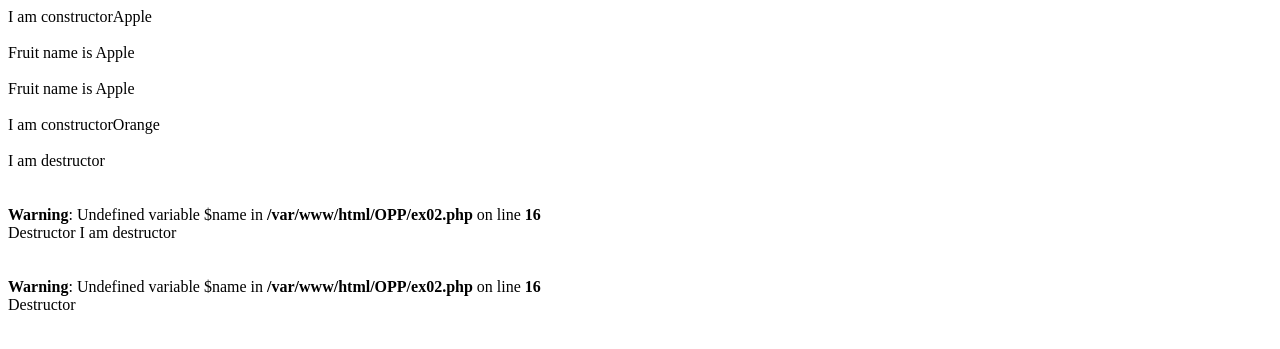
Repository: zinminkhantoo/assignment01
Page: http://localhost/OPP/ex02.php
The author's editor kept a copy of each file at every save. The page is drawn from the files as they stood at one save, then again after the next save.
The browser window is 1280 px wide. The pictures show the whole page.
The page is run by PHP 8.4 with error messages shown; the project is at /var/www/html/.

Above is the page before, as saved 2020-04-09 04:19:20.

After the next save:
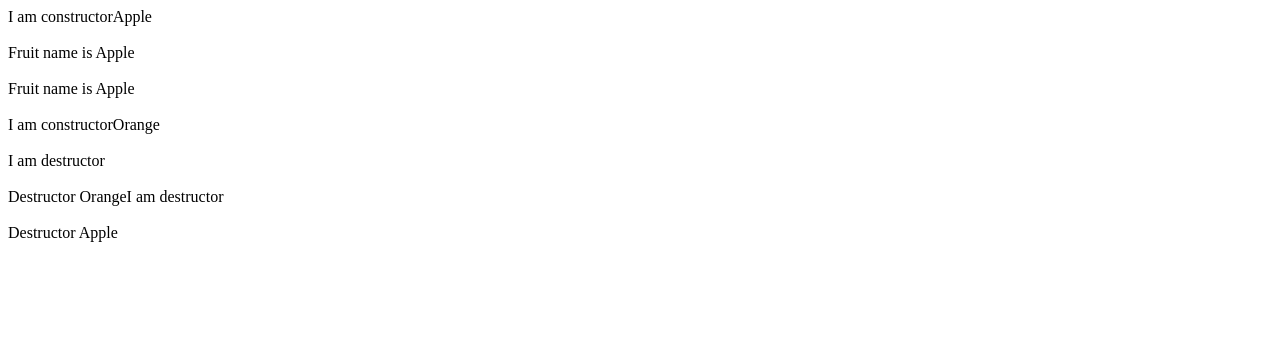
Saved 8 s later.
--- a/Test/OPP/ex02.php
+++ b/Test/OPP/ex02.php
@@ -13,7 +13,7 @@
 
 		function __destruct() {
 		    echo "I am destructor</br></br>";
-		    echo "Destructor ".$name;
+		    echo "Destructor ".$this->name;
 		}
 	}
 
